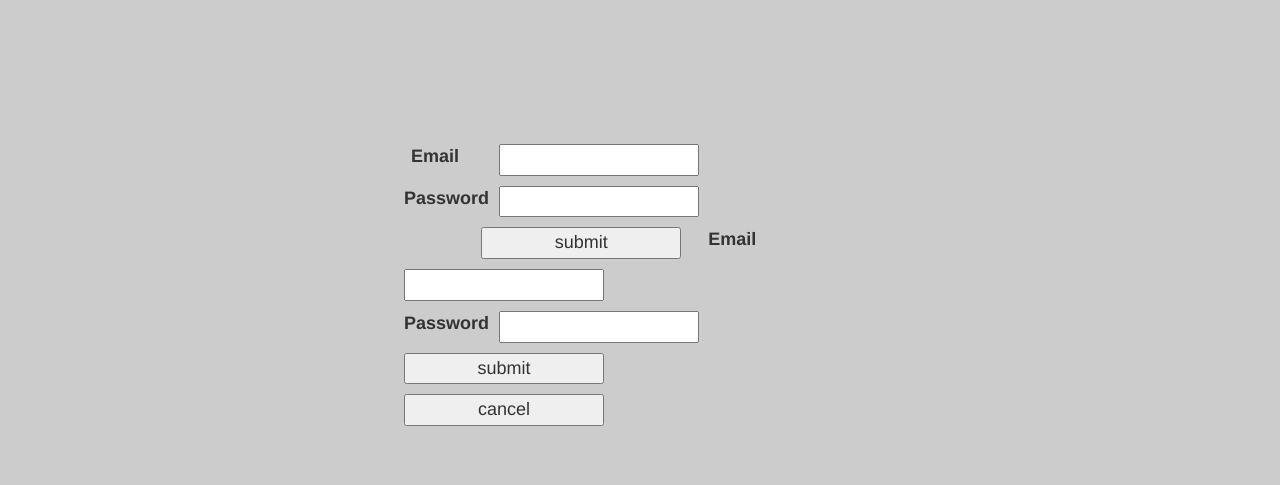
Repository: marijabroceta/ProjekatIB
Page: IB_Project_Shell/src/main/resources/static/index.html
The author's editor kept a copy of each file at every save. The page is drawn from the files as they stood at one save, then again after the next save.
The browser window is 1280 px wide. The pictures show the whole page.

Above is the page before, as saved 2018-07-01 00:15:00.

### IB_Project_Shell/src/main/resources/static/index.html
<!DOCTYPE html>
<html>

<head>
<!--  <script type="text/javascript" src="js/main.js"></script>
<script src="https://ajax.googleapis.com/ajax/libs/jquery/3.3.1/jquery.min.js"></script>-->
<title>Login</title>
	<script src="js/jquery-2.1.4.min.js"></script>
	<link rel="stylesheet" type="text/css" href="bootstrap/css/bootstrap.min.css"/>
    <script src="bootstrap/js/bootstrap.min.js"></script>
    <link rel="stylesheet" type="text/css" href="css/login.css">
    <script src="js/login.js" type="text/javascript"></script>
</head>
<body>
	<!--  <a href="./user_content/cat.jpg" download>Download link for static
		files</a>
	<button type="button"  onclick="download()">Download link for
		target/files files</button>-->
	<div id="forms">
		<div id="login_form">
		    <form name="login" method="post" id="login">
		       	<label for="email">Email</label>
		 		<input type="text" id="email" name="email"><br>
		 		<label for="password">Password</label>
		 		<input type="password" id="password" name="password"><br>
		 		<input type="submit" name="submit" id="submit" value="submit" class="button" />
		    </form>
		 </div>
	    <div id="add_form">
				<form name="add_user_form" method="post" id="add_user_form">
			       	<label id="email_lbl" for="email">Email</label>
			 		<input type="text" id="email_txt" name="email"><br>
			 		<label id="pass_lbl" for="password">Password</label>
			 		<input type="password" id="password_txt" name="password"><br>
			 		<input type="submit" name="submit" id="submit_add" value="submit" class="button" /><br>
			 		<input type="button" name="cancel" id="cancel_add" value="cancel" class="button" />
		    	</form>
			</div>
	</div>
</body>

</html>

### IB_Project_Shell/src/main/resources/static/css/login.css
#forms{
	position: absolute;
    top: 20%;
    left: 30%;
    right: 30%;
    bottom: 20%;
    font-size: 18px;
}



body {
    text-align: center;
    background: #ccc;
}
/*form {
    display: inline-block;
}*/

label,input {
 display: block;
 width: 200px;
 float: left;
 margin-left: 20px;
 margin-bottom: 10px;
}

label {
 text-align: right;
 width: 75px;
 padding-right: 20px;
}

br {
 clear: left;
}

#submit{
	margin-left: 19%;
}

### IB_Project_Shell/src/main/resources/static/js/login.js
$(document).ready(function(){

	var submit = $('#submit');

	submit.on('click',function(e) {
		login();

		e.preventDefault();
		return false;
	})

});

function login(){
	var email = $('#email').val().trim();
	var password = $('#password').val().trim();
	var token = '';

	var data = {
		'username':email,
		'password':password
	}
	console.log(data);

	$.ajax({
		type: 'POST',
        contentType: 'application/json',
        url: 'https://localhost:8443/api/auth/login',
        data: JSON.stringify(data),
        dataType: 'json',
        crossDomain: true,
		cache: false,
		processData: false,
		success:function(response){
			var token = response.access_token;
			console.log(token);
			console.log(response);

			localStorage.setItem("token",token);
			window.location.href = "main_page.html";
		},
		error: function (jqXHR, textStatus, errorThrown) {
			alert(textStatus);
		}
	});
}

Loaded but not shown: IB_Project_Shell/src/main/resources/static/js/jquery-2.1.4.min.js (library); IB_Project_Shell/src/main/resources/static/bootstrap/css/bootstrap.min.css (library); IB_Project_Shell/src/main/resources/static/bootstrap/js/bootstrap.min.js (library)

After the next save:
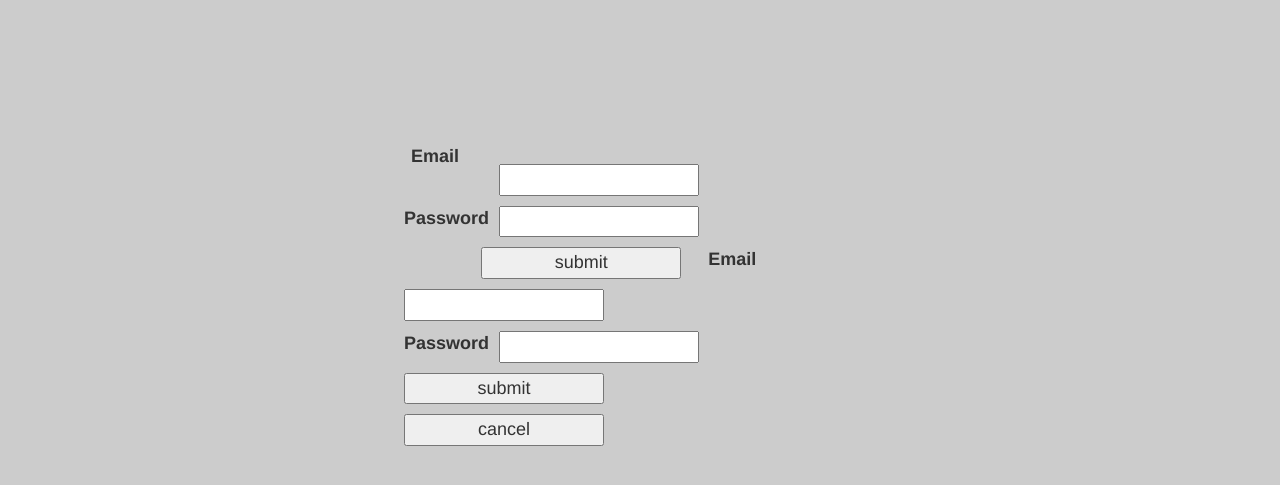
Saved 48 s later.
--- a/IB_Project_Shell/src/main/resources/static/css/login.css
+++ b/IB_Project_Shell/src/main/resources/static/css/login.css
@@ -31,6 +31,10 @@ label {
  padding-right: 20px;
 }
 
+#email{
+	margin-top:20px;
+}
+
 br {
  clear: left;
 }
